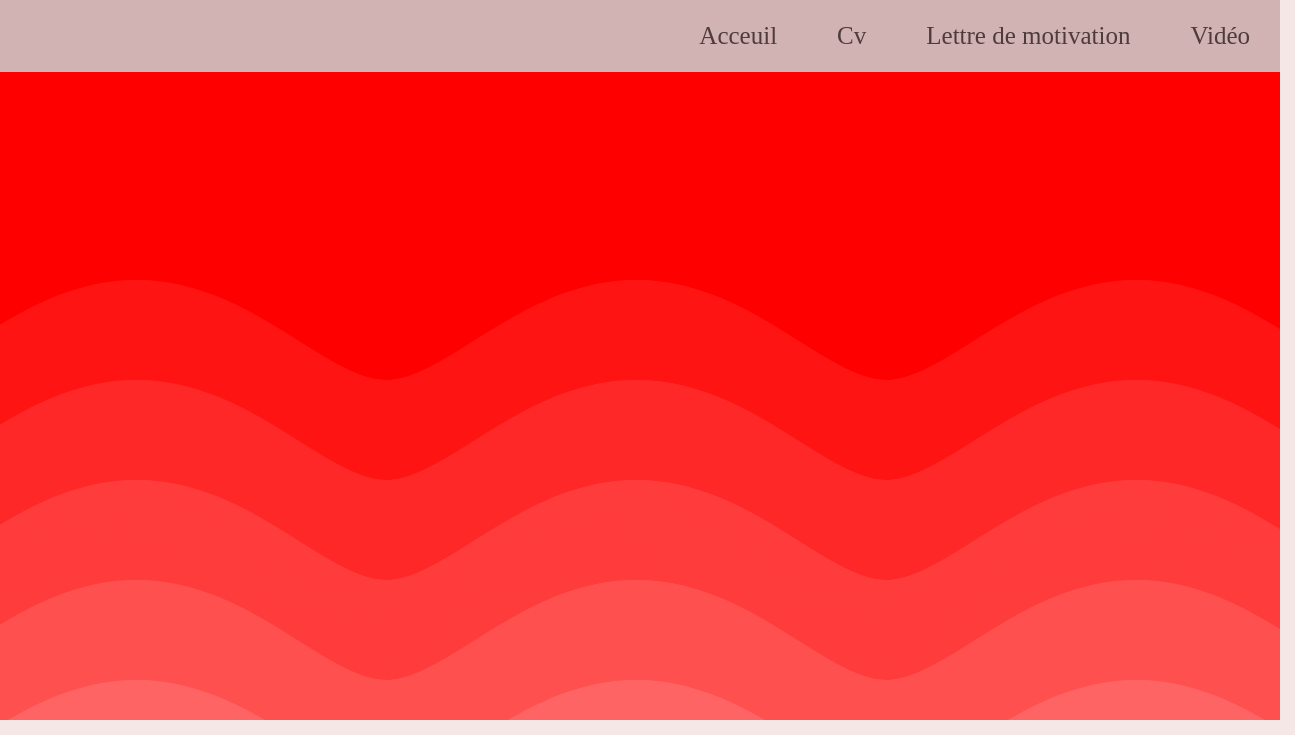
Repository: Iban-del/ProjetBacIban
Page: index.html
An editor plug-in stored every save of this project. The page is shown before and after the next save, followed by the edit.
The browser window is 1280 px wide. The page is 1295 px wide, so the pictures cover 1295 px, including what lies to the right of the window. The pictures show the whole page.
The page's requests for data from a server got no answer.

Above is the page before, as saved 2025-02-25 18:37:47.

### index.html
<!DOCTYPE html>
<html lang="fr">
<head>
    <meta charset="UTF-8">
    <meta name="viewport" content="width=device-width, initial-scale=1.0">
    <link rel="icon" type="image/x-icon" href="image/image.png">
    <link rel="stylesheet" href="css/index.css">
    <title>Iban</title tle>
    <canvas></canvas>
    <script src="js/background.js" type="module"></script>

</head>
<body>
    <nav id="navBar" class="navBar"></nav>
    <div id="panel" class="home">

    </div>
    <script src="js/index.js" type="module"></script>
</body>
</html>

### css/index.css
html, body {
    margin: 0px;
    display: flex;
    font-family: Arial, Helvetica, sans-serif;
    color: #4A3B4E;
    background-color: #f6e7e7;
    height: 100%;
    width: 100%;
    height: auto;
}

.navBar {
    height: 10%;
    width: 100%;
    position: fixed;
    background-color: #d1b3b3;
    display: flex;
    justify-content: end;
    align-items: center;
    z-index: 10;
}

.bg1, .bg2 {
    overflow-x: clip;
    z-index: -1;
    position: fixed;
}

.button-navBar {
    font-family: cursive;
    z-index: 13;
    padding: 30px;
    text-decoration: none;
    background-color: transparent;
    border: none;
    color: #4e3b3b;
    font-size: 25px;
    font-weight: 500;
}

.button-navBar:hover {
    cursor: pointer;
    color: #976f6f;
}

.home {
    display: flex;
    position: absolute;
    width: 100%;
    height: 90%;
    top: 10%;
    background-color: transparent;
    margin: 15px;

}

.content-left {
    padding: 5px;
    width: 50%;
    height: 500px;
    display: flex;
    flex-direction: column;
    align-items: center;
    background-color: #d1b3b3;
    border-radius: 21px;
}

.content-right {
    width: 50%;
    display: flex;
    justify-content: center;
    align-items: center;
}

.name {
    height: 20%;
    width: 100%;
}

.h1-name {
    font-size: 45px;
    font-weight: 100;
}

.presentation {
    width: 90%;
}

p {
    font-size: 25px;
    color: #4e3b3b;
}

.bar {
    display: none;
}

.cv-image {
    height: 95%;
    border: 2px solid #b68e8e;
}

.content-cv, .content-video {
    margin: 0;
    position: relative;
    width: 100%;
    height: 100%;
    display: flex;
    overflow-y: scroll;
    scrollbar-width: none;
    justify-content: center;
    align-content: center;
    align-items: center;
}

.video {
    width: 70%;
    height: 80%;
    border: 4px solid #976f6f;
    background-color: #f6e7e7;
}

.image{
    width:50%;
}

/* Responsive Styles */
@media (max-width: 1024px) {
    html, body {
        box-sizing: border-box;
        height: auto;
        overflow-x: hidden;
        overflow-y: auto;
    }

    .cv-image {
        box-sizing: border-box;
        height: 75%;
        border: 2px solid #b68e8e;
    }

    .content-cv, .content-video {
        box-sizing: border-box;
        display: flex;
        margin: 0px;
        width: 100%;
        height: 100%;
        overflow-y: scroll;
        scrollbar-width: none;
        justify-content: center;
        align-content: center;
        align-items: center;
    }


    .home {
        box-sizing: border-box;
        display: flex;
        justify-content: center;
        flex-direction: column;
        align-content: center;
        height: 100%;
        width: 100%;
        overflow-y: scroll;
        margin: 0px;
        justify-content: center;
        align-items: center;
        text-align: center;
    }

    .image-me{
        box-sizing: border-box;
        width: 50%;
    }

    .content-left, .content-right {
        box-sizing: border-box;
        position: relative;
        top: 10%;
        display: flex;
        justify-content: center;
        width: 90%;
        height: auto;
        padding: 10px;
    }
    .content-left {
        box-sizing: border-box;
        margin-bottom: 20px;
    }

    .button-navBar {
        box-sizing: border-box;
        font-size: 20px;
        padding: 20px;
    }

    .content-video{
        box-sizing: border-box;
        display: flex;
        justify-content: center;
        align-content: center;
        align-items: center;
    }

    .video {
        box-sizing: border-box;
        width: 90%;
        height: 60%;
    }

    .h1-name {
        box-sizing: border-box;
        font-size: 35px;
    }

    p {
        font-size: 20px;
    }
}



@media (max-width: 768px) {
    .navBar {
        box-sizing: border-box;
        height: 8%;
    }

    .button-navBar {
        box-sizing: border-box;
        font-size: 18px;
        padding: 15px;
    }

    .content-left {
        box-sizing: border-box;
        height: auto;
        width: 100%;
        padding: 10px;
    }

    .content-left, .content-right {
        box-sizing: border-box;
        position: relative;
        top: 10%;
        display: flex;
        justify-content: center;
        width: 90%;
        height: auto;
        padding: 10px;
    }

    .video {
        box-sizing: border-box;
        width: 95%;
        height: 55%;
    }

    .h1-name {
        box-sizing: border-box;
        font-size: 30px;
    }

    p {
        box-sizing: border-box;
        font-size: 18px;
    }
}

@media (max-width: 480px) {
    .navBar {
        box-sizing: border-box;
        height: 7%;
        padding: 10px;
    }

    .button-navBar {
        box-sizing: border-box;
        font-size: 16px;
        padding: 10px;
    }

    .home {
        box-sizing: border-box;
        display: flex;
        justify-content: center;
        flex-direction: column;
        align-content: center;
        height: 100%;
        width: 100%;
        overflow-y: scroll;
        margin: 0px;
        justify-content: center;
        align-items: center;
        text-align: center;
    }

    .content-left, .content-right {
        box-sizing: border-box;
        position: relative;
        top: 10%;
        display: flex;
        justify-content: center;
        width: 90%;
        height: auto;
        padding: 10px;
    }

    .video {
        box-sizing: border-box;
        width: 100%;
        height: 50%;
    }

    .h1-name {
        box-sizing: border-box;
        font-size: 25px;
    }

    p {
        box-sizing: border-box;
        font-size: 16px;
    }

}

### js/background.js
/**
 * création du fond du site
 */


//constante avec les couleur des composant
const color ={
    backgrounds1:"#FDFCFE",
    backgrounds2:"#FAF8FD",
};

var A = 100
var X = 0
var C = 0
var h = window
/**
 * fonction qui permet de géré le fond par default en cas d'érreur
 */
function defaultBackground(){

    const body = document.querySelector("body");

    if(body instanceof HTMLBodyElement){
        body.style.backgroundColor = color.backgrounds2;
    }

}


/**
 * cette fonction permet d'attribué le style au canvas
 */
function canvasStyle(canvas){

    if(canvas instanceof HTMLCanvasElement){

        canvas.height = window.innerHeight;
        canvas.width = window.innerWidth;
        canvas.style.background =`rgba(149, 223, 198, 0.48)`;

        return;
    }

    throw new Error("Canvas n'est pas de type HTMLCanvasElement ");

}

/**
 * fonction de création d'une vague
 */
function vague(x,A){

    const lambda = 0.002;//longueur d'onde
    const k = lambda*2*Math.PI; //nombre oscilation
    const phi = 3;//décalage
    return A*Math.sin(k*x+phi);
}


/**
 * affichage de la vague
 * @param CanvasRenderingContext2D  ctx
 */
function drawVague(ctx,canvas){

    if(ctx instanceof CanvasRenderingContext2D){
        ctx.clearRect(0, 0, window.width, window.height);
        let color =0;
        for(let t = -200;t < window.innerHeight+200;t+= 100){
            ctx.beginPath();
            for(let i = 0 ;i < window.innerWidth;i+=5){
                let x = i+C
                let y = vague(x,A/2)+(t);
                ctx.lineTo(x,y)
                ctx.beginPath();
                ctx.moveTo(x,y)
                const addColor = 80
                let globalColor= `rgb(${color+addColor+255},${color-addColor-20},${color-addColor-20})`
                ctx.fillStyle=globalColor;
                ctx.arc(x,y,70,0,Math.PI*2,true)
                ctx.fill();

            }
            color+=20;
        }
    }


}



/**
 * fonction d'initialisation du fond
 */
function init(){
    //récupération des élémentcanvas
    const canvas = document.querySelector("canvas");

    if(canvas instanceof HTMLCanvasElement){

        // window.addEventListener("mousemove",(e)=>{
        //     let canvasMouseY =(e.clientY *100 / canvas.height)/1000
        //     A = Math.PI*2+(canvas.height*canvasMouseY)
        //     let canvasMouseX =(e.clientX *100 / canvas.width)/1000
        //     X = Math.PI*2+(canvas.width*canvasMouseX)*5
        //     canvas.style.background = `rgb(${255-X*.05},${255-X*.06},${255-X*.02})`;
        //     drawVague(ctx, canvas)

        // })

        const ctx = canvas.getContext('2d');

        canvasStyle(canvas);
        drawVague(ctx, canvas)
        window.addEventListener('resize',()=>{
            drawVague(ctx, canvas);
        })

    }
}

try{

    init()



}catch(error){

    console.log(error)
    defaultBackground()
}

### js/index.js
//création des page
var page = "home";
const speedAnimationFast = 300;
//constante contenant les boutton de la navBar
const NavBarButton = [
    {
        name:"Acceuil",
        id:"home",
        onclick:()=>{
            loadPage("home")

        }
    },
    {
        name:"Cv",
        id:"cv",
        onclick:()=>{
            loadPage("cv")
        }
    },
    {
        name:"Lettre de motivation",
        id:"cl",
        onclick:()=>{
            loadPage("coveringLetter")
        }
    },
    {
        name:"Vidéo",
        id:"video",
        onclick:()=>{
            loadPage("video")
        }
    },
]


/**
 * cette fonction permet de charger une page
 */
function loadPage(name,now = false){
    const baseUrl = "http://127.0.0.1:5500/html/"
    //on charge les diférente page en fonction du nom fourni
    switch(name){
        case "home":
            getPageContent(baseUrl+"home.html",animateHome,now)

            break
        case "cv":
            getPageContent(baseUrl+"cv.html",animateCv,now)
            break
        case "coveringLetter":
            getPageContent(baseUrl+"coveringLetter.html",animateCl,now)
            break
        case "video":
            getPageContent(baseUrl+"video.html",animateVideo,now)
            break
    }
}

/**
 * cette méthode permet de récupéré le contenu d'une page
 */
async function getPageContent(link,animate = null,now = false){
    const panel = document.querySelector("#panel");
    if(panel instanceof HTMLElement){
        const request = new XMLHttpRequest();
        request.addEventListener("load",(response)=>{
            if(response instanceof ProgressEvent){
                const content = response.target.responseText
                if(content){
                        if(animate){
                            if(now){
                                panel.innerHTML = content;
                                animate(1)
                            }else{
                                hideAnimation(page)
                                setTimeout(()=>{
                                    panel.innerHTML = content;
                                    animate(1)
                                },speedAnimationFast)

                            }
                        }
                }else{
                        panel.innerHTML = "";
                }
            }
        })
        request.open("GET",link)
        request.send()
    }
}


/**
 * cette fonction permet d'afficher les bouttons
 */
function drawNavBarButton(){

    const navBar = document.querySelector('#navBar');

    if(navBar instanceof HTMLElement && NavBarButton){
        NavBarButton.forEach((element) => {
            const button = document.createElement("button");
            button.id = element.id;
            button.className = "button-navBar";
            button.textContent = element.name;
            button.addEventListener("click", () => {
                element.onclick();
            });
            navBar.appendChild(button);
        });
    }
}

function hideAnimation(currentPage){

    if(currentPage){
        switch(currentPage){
            case "home":
                animateHome(0)
                break
            case "cv":
                animateCv(0)
                break
            case "coveringLetter":
                animateCl(0)
                break
            case "video":
                animateVideo(0)
                break
        }
    }
}

/**
 * cette fonction permet d'animer les composant de la page pricipale
 */
function animateHome(type = 1){
    const elements = {
        panel:document.querySelector("#content-left"),
        title:document.querySelector("#name"),
        text:document.querySelector("#presentation"),
        image:document.querySelector("#image-me"),
    }

    for (let key in elements) {
        if(!elements[key] instanceof HTMLElement){
            throw new Error("Les éléments ne sont pas trouvées");
        }
    }


    let panelTranslate = {from:"-100%",to:"0%"}
    let titleTranslate = {from:"-100%",to:"0%"}
    let textTranslate = {from:"-190%",to:"0%"}
    let imageTranslate = {from:"190%",to:"0%"}
    let panelOpacity = {from:0,to:1}
    if(!type){
        panelTranslate = {from:"0%",to:"-100%"}
        titleTranslate = {from:"0%",to:"-100%"}
        textTranslate = {from:"-0%",to:"-190%"}
        imageTranslate = {from:"0%",to:"190%"}
        panelOpacity = {from:1,to:0}
    }


    elements.panel.animate(
        [
            {transform:`translateX(${panelTranslate.from})`,opacity:panelOpacity.from},
            {transform:`translateX(${panelTranslate.to})`,opacity:panelOpacity.to}
        ],
        {
            duration: speedAnimationFast,
            easing: "ease-out",
            fill: "forwards"
        }
    )

    elements.title.animate(
        [
            {transform:`translateX(${titleTranslate.from})`},
            {transform:`translateX(${titleTranslate.to})`}
        ],
        {
            duration: speedAnimationFast,
            easing: "ease-out",
            fill: "forwards"
        }
    )

    elements.text.animate(
        [
            {transform:`translateX(${textTranslate.from})`},
            {transform:`translateX(${textTranslate.to})`}
        ],
        {
            duration: speedAnimationFast,
            easing: "ease-out",
            fill: "forwards"
        }
    )

    elements.image.animate(
        [
            {transform:`translateX(${imageTranslate.from})`,opacity:panelOpacity.from},
            {transform:`translateX(${imageTranslate.to})`,opacity:panelOpacity.to}
        ],
        {
            duration: speedAnimationFast,
            easing: "ease-out",
            fill: "forwards"
        }
    ).addEventListener("finish",e=>{
        page="home"
    })

}

/**
 * cette fonction permet d'animer les composant de la page pricipale
 */
function animateCv(type = 1){
    const image = document.querySelector("#image");

    if(image instanceof HTMLElement){
        let imageTranslate = type ? {from:"190%",to:"0%"} :{from:"0%",to:"-190%"};
        image.animate(
            [
                {transform:`translateY(${imageTranslate.from})`},
                {transform:`translateY(${imageTranslate.to})`}
            ],
            {
                duration: speedAnimationFast,
                easing: "ease-out",
                fill: "forwards"
            }
        ).addEventListener("finish",e=>{
            page="cv"
        })

    }
}

/**
 * cette fonction permet d'animer les composant de la page pricipale
 */
function animateCl(type = 1){
    const image = document.querySelector("#image");

    if(image instanceof HTMLElement){
        let imageTranslate = type ? {from:"190%",to:"0%"} :{from:"0%",to:"-190%"};
        image.animate(
            [
                {transform:`translateY(${imageTranslate.from})`},
                {transform:`translateY(${imageTranslate.to})`}
            ],
            {
                duration: speedAnimationFast,
                easing: "ease-out",
                fill: "forwards"
            }
        ).addEventListener("finish",e=>{
            page="coveringLetter"
        })

    }
}

/**
 * cette fonction permet d'animer les composant de la page pricipale
 */
function animateVideo(type = 1){
    const video = document.querySelector("#video-v");

    if(video instanceof HTMLElement){
        let videoTranslateW = type ? {from:'0%',to:"70%"} :{from:"70%",to:"0%"};
        let videoTranslateH = type ? {from:'0%',to:"80%"} :{from:"80%",to:"0%"};
        video.animate(
            [

                {width:videoTranslateW.from,height:videoTranslateH.from},
                {width:videoTranslateW.to,height:videoTranslateH.to}
            ],
            {
                duration: speedAnimationFast,
                easing: "ease-out",
                fill: "forwards"
            }
        ).addEventListener("finish",e=>{
            page="video"
        })
    }
}

/**
 * cette fonction permet d'initialiser le site
 */
function init(){

    drawNavBarButton()
    loadPage("home",true)

}


//lancement du script
init()

After the next save:
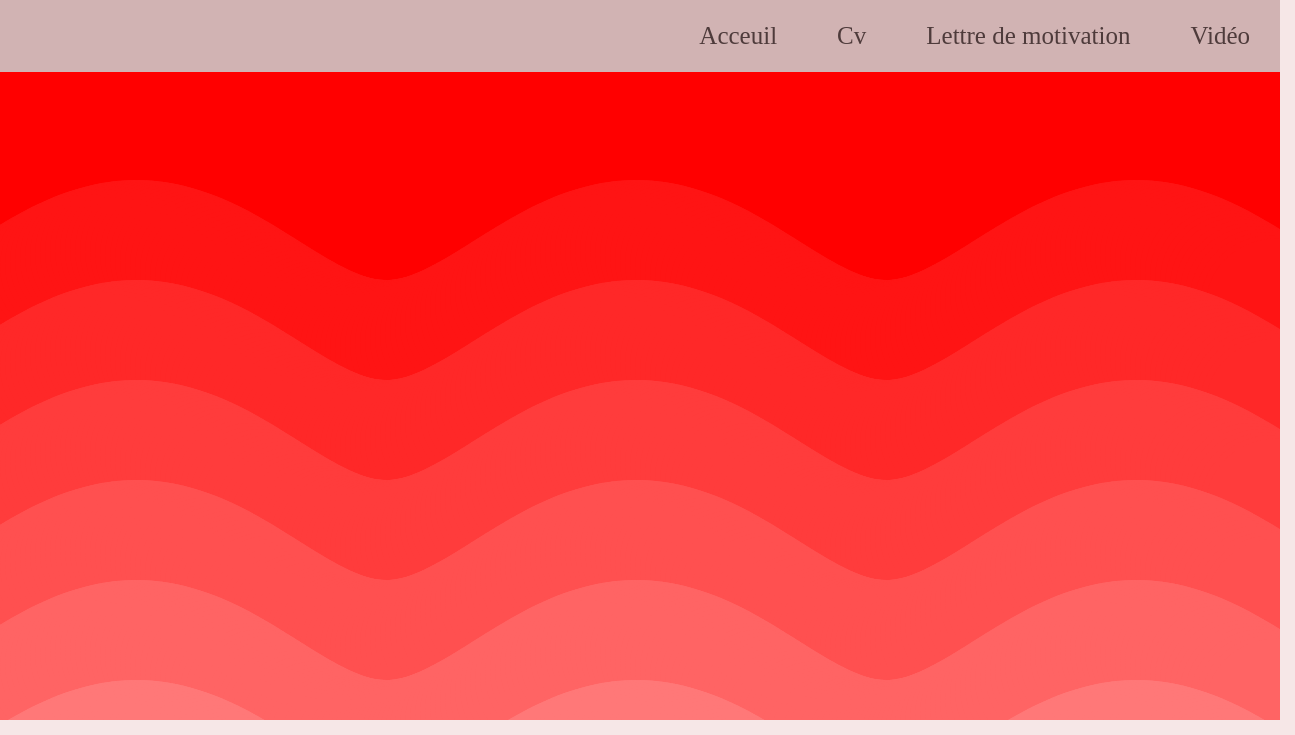
Saved 6 s later.
--- a/js/background.js
+++ b/js/background.js
@@ -75,7 +75,7 @@ function drawVague(ctx,canvas){
                 ctx.beginPath();
                 ctx.moveTo(x,y)
                 const addColor = 80
-                let globalColor= `rgb(${color+addColor+255},${color-addColor-20},${color-addColor-20})`
+                let globalColor= `rgb(${color+addColor+255},${color-addColor},${color-addColor})`
                 ctx.fillStyle=globalColor;
                 ctx.arc(x,y,70,0,Math.PI*2,true)
                 ctx.fill();
